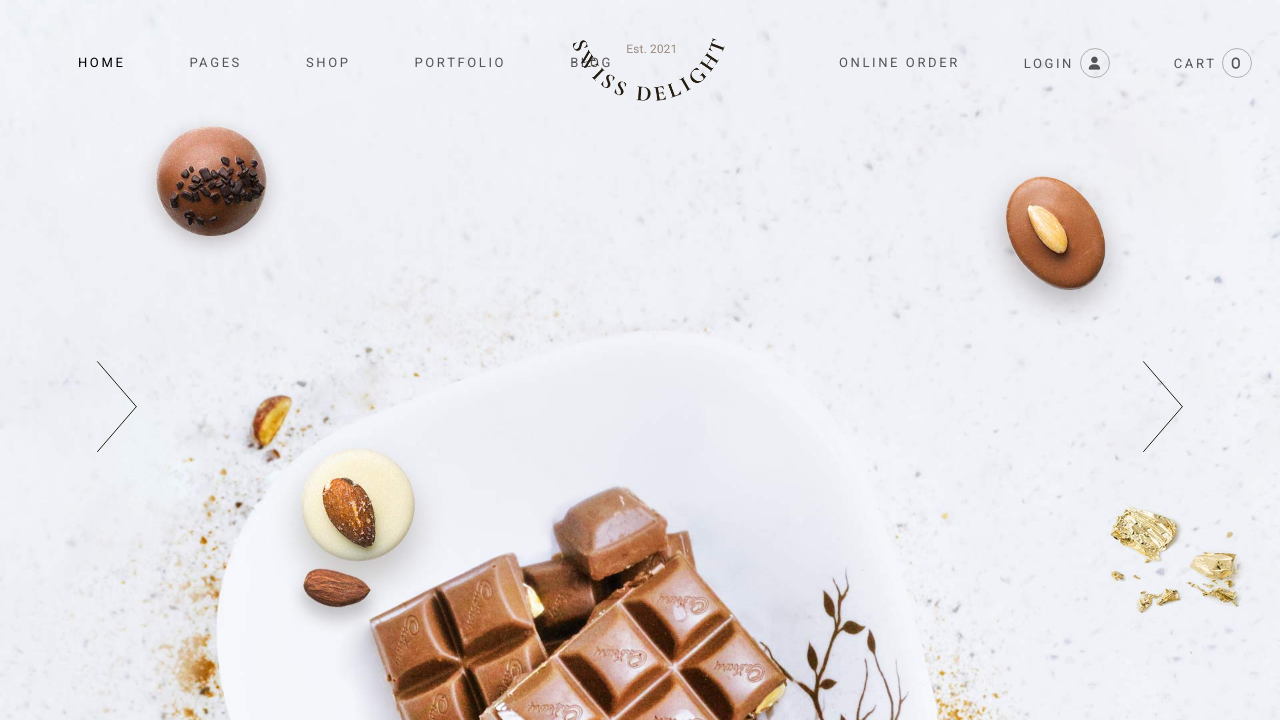
Repository: HadelAbdellatif/Project1
Page: index.html
An editor plug-in stored every save of this project. The page is shown before and after the next save, followed by the edit.
The browser window is 1280 px wide. The pictures show the whole page.

Above is the page before, as saved 2023-11-07 21:43:58.
Console error: TypeError: Cannot read properties of null (reading 'addEventListener')

After the next save:
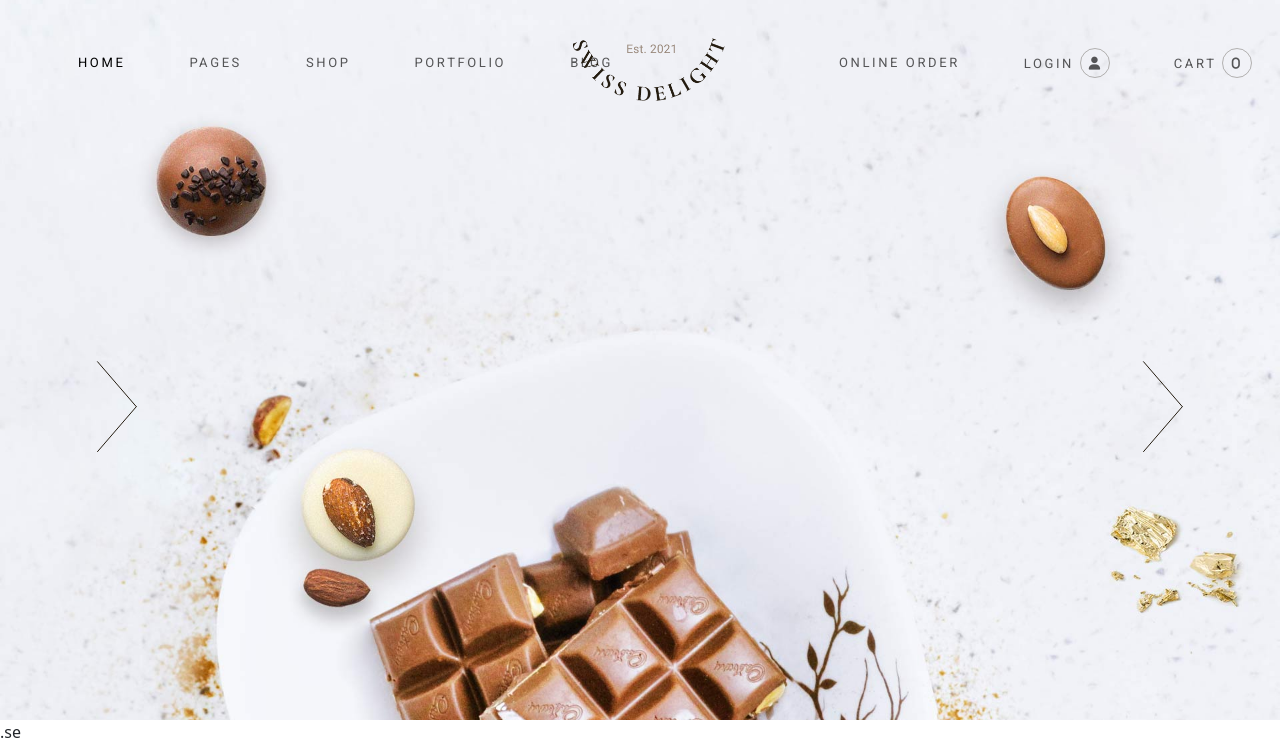
Saved 9 s later.
--- a/index.html
+++ b/index.html
@@ -131,7 +131,7 @@
 
   <!-- Start of Session 2 -->
 
-
+  .se
 
   <!-- End of Session 2 -->
 
